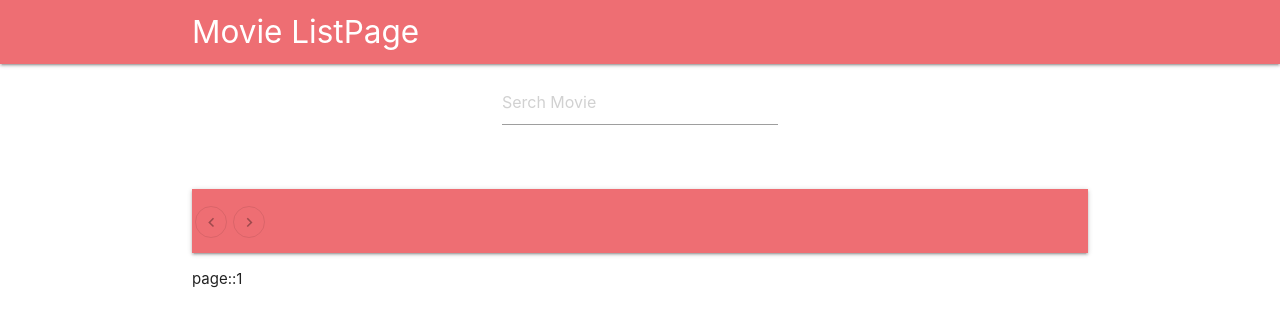
Repository: Reiya-1003/React-Ts-Node-App
Page: /
The author's editor kept a copy of each file at every save. The page is drawn from the files as they stood at one save, then again after the next save.
The browser window is 1280 px wide. The pictures show the whole page.
The page's requests for data from a server got no answer. The project was rebuilt for these pictures with package versions that can differ from the ones it lists, and the page was loaded fresh each time. A package was used in the major version that the imports need, not the one package.json lists. No one was signed in, and anything a server would have sent is missing. Also part of the build but not shown: src/components/Detail.tsx.

Above is the page before, as saved 2021-11-17 15:02:05.

After the next save:
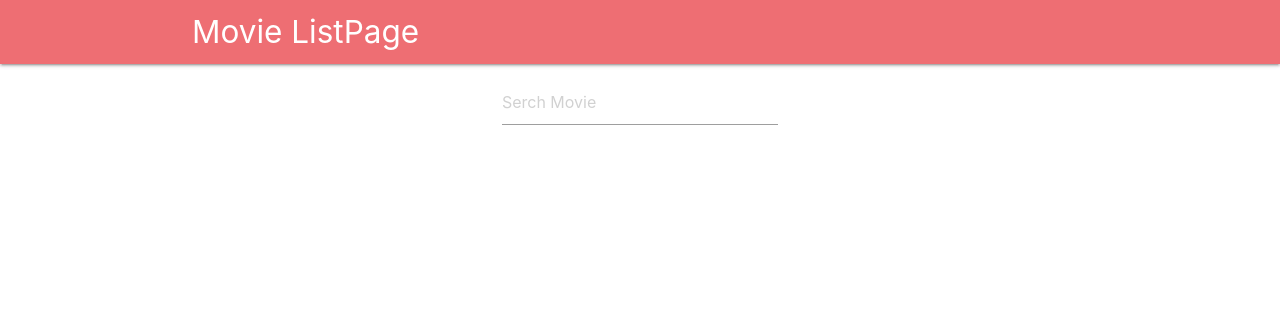
Saved 3 min 45 s later.
--- a/src/components/Searthbox.tsx
+++ b/src/components/Searthbox.tsx
@@ -156,14 +156,20 @@ const Searthbox = ({ pageContext }: any) => {
       </div>
       {/* ページネーション */}
       <div>
-        <MuiPagination
-          count={pageLinks.length}
-          page={page}
-          variant="outlined"
-          color="primary"
-          onChange={handleChangePage}
-        />
-        <p>page::{page}</p>
+        {Movie.length === 0 ? (
+          <p></p>
+        ) : (
+          <div>
+            <MuiPagination
+              count={pageLinks.length}
+              page={page}
+              variant="outlined"
+              color="primary"
+              onChange={handleChangePage}
+            />
+            <p>page::{page}</p>
+          </div>
+        )}
       </div>
     </div>
   );
